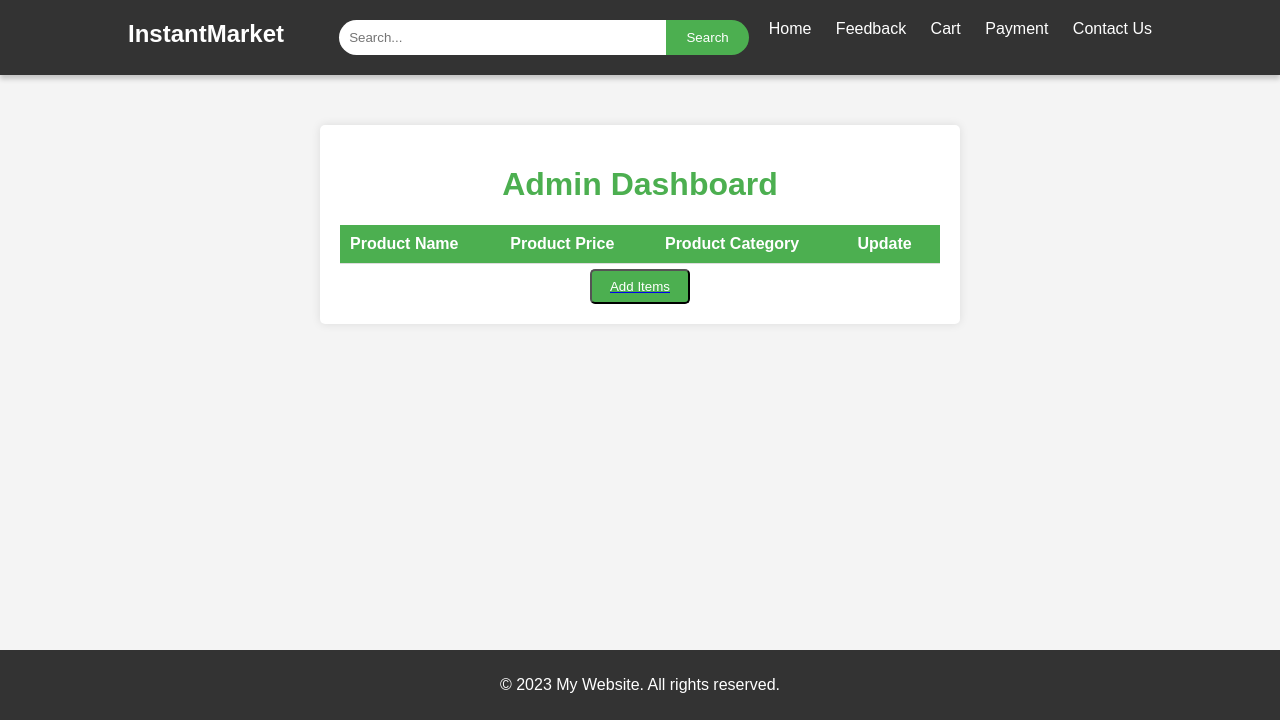
Repository: UrinduYatawakaa/OOP_project
Page: http://localhost/ProductDemo/AllServlet
An editor plug-in stored every save of this project. The page is shown before and after the next save, followed by the edit.
The browser window is 1280 px wide. The pictures show the whole page.
The page is served by Tomcat 9. Other server files are loaded and not shown. Queries for data that is not in the repository find no rows.

Above is the page before, as saved 2023-10-25 18:40:03.

### oop project/ProductDemo/src/main/webapp/searchbarAdmin.jsp
<%@ page language="java" contentType="text/html; charset=ISO-8859-1"
    pageEncoding="ISO-8859-1"%>
    <%@taglib prefix="c" uri="http://java.sun.com/jsp/jstl/core"%>

<!DOCTYPE html>
<html lang="en">

<head>
    <meta charset="UTF-8">
    <meta name="viewport" content="width=device-width, initial-scale=1.0">
    <link rel="stylesheet" href="css/category.css" type="text/css">
    <link rel="stylesheet" href="css/stylesheader.css" type="text/css">
    <title>Simple Grocery Cart</title>
</head>

<body>
 <header>
        <div class="container">
            <h1>InstantMarket</h1>
            <nav>
                <ul>
                    <li><a href="#">Home</a></li>
                    <li><a href="#">Feedback</a></li>
                    <li><a href="#">Cart</a></li>
                    <li><a href="#">Payment</a></li>
                    <li><a href="#">Contact Us</a></li>
                </ul>
            </nav>
            <div class="search-bar">
                <form action="log" method="post">
                    <input type="text" name="ProductName" placeholder="Search...">
                    <input type="submit" name="submit" value="Search">
                </form>
            </div>

        </div>
    </header>

    <div class="container2">
        <table class="cart">
        <h1>Admin Dashboard</h1>
            <thead>
                <tr>
                    <th>Product Name</th>
                    <th>Product Price</th>
                    <th>Product Category</th>
                    <th>Update</th>
                </tr>
            </thead>
            <c:forEach var="product" items = "${productDetails}" >

            <c:set var="id" value="${product.id}"/>
            <c:set var="name" value="${product.name}"/>
            <c:set var="price" value="${product.price}"/>
            <c:set var="category" value="${product.category}"/>

            <c:url value="updateProduct.jsp" var="productUpdate">
		    <c:param name="id" value="${id}"/>
		    <c:param name="name" value="${name}"/>
		    <c:param name="price" value="${price}"/>
		    <c:param name="category" value="${category}"/>
	        </c:url>

            <tbody>
                <tr>
                    <td>${product.name}</td>
                    <td>${product.price}</td>
                    <td>${product.category}</td>

                    <td>
                        <a href="${productUpdate}">
                            <input type="button" name="update" value="update value"  class="add-to-cart-button">
                            </a>
                    </td>
                </tr>

        </c:forEach>
        </tbody>

        </table>
         <a href="ProductInsert.jsp">
         <input type="button" name="update" value="Add Items"  class="add-to-cart-button">
        </a>

    </div>

      <footer>
        <div class="container">
            <p>&copy; 2023 My Website. All rights reserved.</p>
        </div>
    </footer>
</body>


</html>

### oop project/ProductDemo/src/main/java/com/product/AllServlet.java
package com.product;

import java.io.IOException;
import java.util.List;

import javax.servlet.RequestDispatcher;
import javax.servlet.ServletException;
import javax.servlet.annotation.WebServlet;
import javax.servlet.http.HttpServlet;
import javax.servlet.http.HttpServletRequest;
import javax.servlet.http.HttpServletResponse;

@WebServlet("/AllServlet")
public class AllServlet extends HttpServlet {
	private static final long serialVersionUID = 1L;

	protected void doGet(HttpServletRequest request, HttpServletResponse response) throws ServletException, IOException {
		String category = request.getParameter("category");

		List<Product> productDetails = ProductDBUtil.getAll();
			request.setAttribute("productDetails", productDetails);

			RequestDispatcher dis = request.getRequestDispatcher("searchbarAdmin.jsp");
			dis.forward(request, response);



	}

}

### oop project/ProductDemo/src/main/java/com/product/ProductDBUtil.java
package com.product;
import java.sql.Connection;
import java.sql.DriverManager;
import java.sql.PreparedStatement;
import java.sql.ResultSet;
import java.sql.Statement;
import java.util.ArrayList;
import java.util.List;


public class ProductDBUtil {

	private static boolean isSuccess;
	private static Connection con = null;
	private static Statement stmt = null;
	private static ResultSet rs = null;

	public static List<Product> getProduct (String name){

		ArrayList<Product> product = new ArrayList<>();



		try {
			//String sql = "select * from product_details where product_name='%''"+name+"''%'";
			con = DBConnect.getConnction();
			stmt = con.createStatement();
			String sql = "SELECT * FROM product_details WHERE product_name LIKE '%" + name + "%'";
			rs = stmt.executeQuery(sql);

			if(rs.next()) {
				int id = rs.getInt(1);
				String productName = rs.getString(2);
				double price = rs.getDouble(3);
				String category = rs.getString(4);

				Product p = new Product(id,productName,price,category);
				product.add(p);
			}

		} catch (Exception e) {
			e.printStackTrace();
		}



		return product;

	}

	public static boolean InsertProduct(String name, String price, String category) {

		boolean isSuccess = false;


		try {
			con = DBConnect.getConnction();
			stmt = con.createStatement();
            double Price = Double.parseDouble(price); // Convert the String to a double

			String sql = "insert into product_details values (0,'"+name+"','"+Price+"','"+category+"')";
			int rs = stmt.executeUpdate(sql); //update to query

			if(rs>0) {
				isSuccess = true;
			} else {
				isSuccess = false;
			}

		} catch (Exception e) {
			e.printStackTrace();
		}


		return isSuccess;
	}

	public static boolean updateProduct(String id, String name, String price, String category) {

		try {
			con = DBConnect.getConnction();
			stmt = con.createStatement();

			double Price = Double.parseDouble(price);

			String sql = "update product_details set product_name='"+name+"', product_price='"+Price+"', product_category='"+category+"' where idproduct_details='"+id+"'";
			int rs = stmt.executeUpdate(sql);

			if(rs > 0) {
				isSuccess = true;
			} else {
				isSuccess = false;
			}

		} catch (Exception e) {
			e.printStackTrace();
		}

		return isSuccess;
	}

	public static List<Product> getProdcutDetails(String id){

		int convertID = Integer.parseInt(id);

		ArrayList<Product> product = new ArrayList<>();

		try {

			con = DBConnect.getConnction();
			stmt = con.createStatement();
			String sql = "SELECT * FROM product_details WHERE idproduct_details='" + convertID + "'";
			rs = stmt.executeQuery(sql);

			while(rs.next()) {
				int ID = rs.getInt(1);
				String productName = rs.getString(2);
				double price = rs.getDouble(3);
				String category = rs.getString(4);

				Product p = new Product(ID,productName,price,category);
				product.add(p);
			}


		} catch (Exception e) {
			e.printStackTrace();
		}

		return product;
	}


	public static List<Product> getCategory(String category){


		ArrayList<Product> product = new ArrayList<>();

		try {

			con = DBConnect.getConnction();
			stmt = con.createStatement();
			String sql = "SELECT * FROM product_details WHERE product_category='" + category + "'";
			rs = stmt.executeQuery(sql);

			while(rs.next()) {
				int ID = rs.getInt(1);
				String productName = rs.getString(2);
				double price = rs.getDouble(3);
				String categoryy = rs.getString(4);

				Product p = new Product(ID,productName,price,categoryy);
				product.add(p);
			}


		} catch (Exception e) {
			e.printStackTrace();
		}

		return product;
	}

//
public static List<Product> getAll(){


		ArrayList<Product> product = new ArrayList<>();

		try {

			con = DBConnect.getConnction();
			stmt = con.createStatement();
			String sql = "SELECT * FROM product_details";
			rs = stmt.executeQuery(sql);

			while(rs.next()) {
				int ID = rs.getInt(1);
				String productName = rs.getString(2);
				double price = rs.getDouble(3);
				String categoryy = rs.getString(4);

				Product p = new Product(ID,productName,price,categoryy);
				product.add(p);
			}


		} catch (Exception e) {
			e.printStackTrace();
		}

		return product;
	}


}

### oop project/ProductDemo/src/main/java/com/product/DBConnect.java
package com.product;

import java.sql.Connection;
import java.sql.DriverManager;

public class DBConnect {

	private static String url = "jdbc:mysql://localhost:3306/product";
	private static String user = "root";
	private static String password = "1234";
	private static Connection con;

	public static Connection getConnction() {

		try {
			Class.forName("com.mysql.jdbc.Driver");

			con = DriverManager.getConnection(url, user, password);

		} catch (Exception e) {
			System.out.println("Database connection failed!");
		}

		return con;

	}

}

### oop project/ProductDemo/src/main/webapp/css/category.css
@charset "ISO-8859-1";

body {
    font-family: Arial, sans-serif;
    background-color: #fff;
    color: #333;
    margin: 0;
    padding: 0;
}

.container2 {
    max-width: 600px;
    margin: 0 auto;
    padding: 20px;
    background-color: #fff;
    box-shadow: 0 0 10px rgba(0, 0, 0, 0.1);
    border-radius: 5px;
    margin-top: 50px;
    margin-bottom: 50px;
}

.container2 h1 {
    text-align: center;
    color: #4CAF50;
}

.cart {
    width: 100%;
    margin-top: 20px;
    border-collapse: collapse;
}

.cart th, .cart td {
    padding: 10px;
    text-align: left;
    border-bottom: 1px solid #ddd;
}

.cart th {
    background-color: #4CAF50;
    color: #fff;
}

.cart tbody tr:hover {
    background-color: #f5f5f5;
}

.add-to-cart-button {
    display: block;
    width: 100px;
    text-align: center;
    background-color: #4CAF50;
    color: #fff;
    padding: 8px 10px;
    text-decoration: none;
    border-radius: 5px;
    margin: 0 auto;
    margin-top: 5px;
}

.add-to-cart-button:hover {
    background-color: #333;
}

### oop project/ProductDemo/src/main/webapp/css/stylesheader.css
@charset "ISO-8859-1";

body {
    font-family: Arial, sans-serif;
    margin: 0;
    padding: 0;
    background-color: #f4f4f4;
}

.container {
    width: 80%;
    margin: 0 auto;
    overflow: hidden;
}

header {
    background-color: #333;
    color: #fff;
    padding: 20px 0;
    box-shadow: 0px 4px 5px 0px rgba(0, 0, 0, 0.2);
}

header h1 {
    float: left;
    margin: 0;
    font-size: 24px;
}

header h1 span {
    color: #4CAF50;
}

nav ul {
    float: right;
    list-style: none;
    margin: 0;
    padding: 0;
}

nav ul li {
    display: inline;
    margin-left: 20px;
}

nav ul li a {
    color: #fff;
    text-decoration: none;
    transition: color 0.3s;
}

nav ul li a:hover {
    color: #4CAF50;
}

.search-bar{
    width: 40%;
    border-left: 10px;
    float:right;
}
.search-bar form {
    display: flex;
}

.search-bar input[type="text"] {
    padding: 10px;
    border: none;
    border-radius: 20px 0 0 20px;
    margin-right: 0;
    flex: 1;
}

.search-bar input[type="submit"] {
    padding: 10px 20px;
    background-color: #4CAF50;
    color: #fff;
    border: none;
    border-radius: 0 20px 20px 0;
    cursor: pointer;
    transition: background-color 0.3s;
}

.search-bar input[type="submit"]:hover {
    background-color: #45a049;
}

footer {
    background-color: #333;
    color: #fff;
    text-align: center;
    padding: 10px 0;
    position: fixed;
    bottom: 0;
    width: 100%;
}

After the next save:
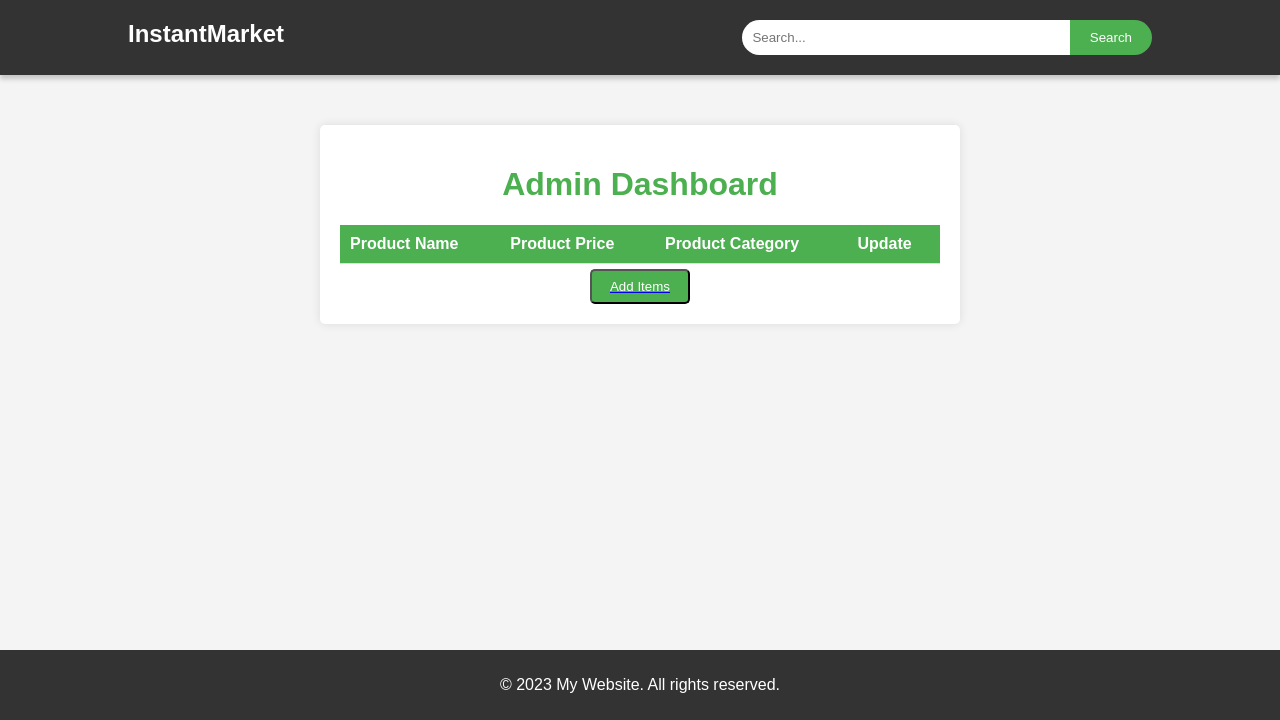
Saved 47 s later.
--- a/oop project/ProductDemo/src/main/webapp/searchbarAdmin.jsp
+++ b/oop project/ProductDemo/src/main/webapp/searchbarAdmin.jsp
@@ -17,15 +17,6 @@
  <header>
         <div class="container">
             <h1>InstantMarket</h1>
-            <nav>
-                <ul>
-                    <li><a href="#">Home</a></li>
-                    <li><a href="#">Feedback</a></li>
-                    <li><a href="#">Cart</a></li>
-                    <li><a href="#">Payment</a></li>
-                    <li><a href="#">Contact Us</a></li>
-                </ul>
-            </nav>
             <div class="search-bar">
                 <form action="log" method="post">
                     <input type="text" name="ProductName" placeholder="Search...">
